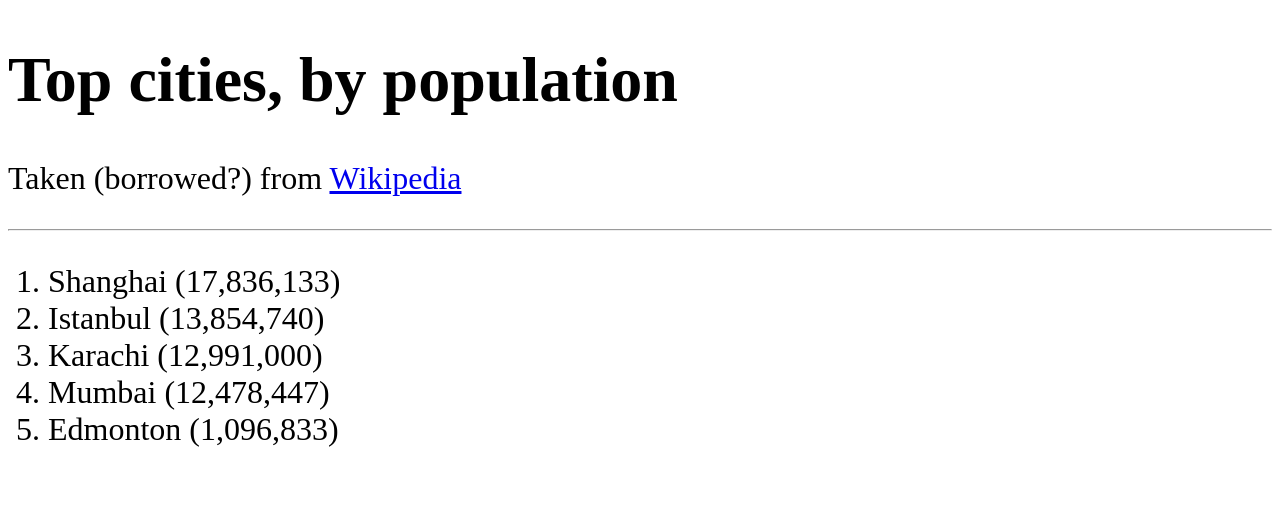
Repository: Sohaib-GO/git-mania
Page: cities.html
These files come from the project's save history. The page is drawn as it stood at one moment and after the next save; the edit follows.
The browser window is 1280 px wide. The pictures show the whole page.

Above is the page before, as saved 2022-12-17 17:01:07.

After the next save:
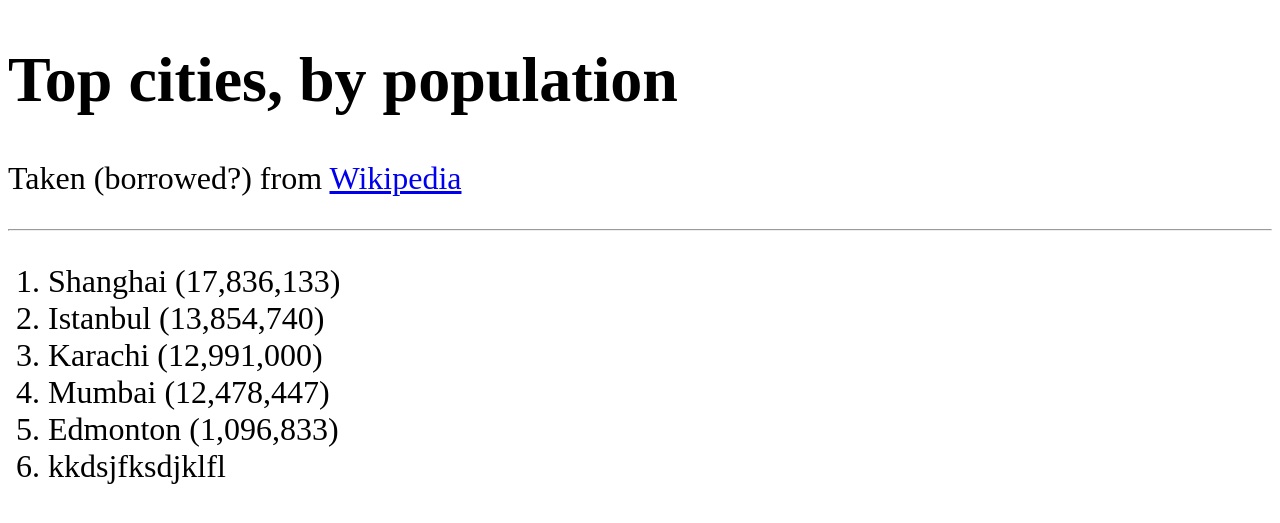
Saved 14 min 8 s later.
--- a/cities.html
+++ b/cities.html
@@ -27,6 +27,7 @@
     <li>Karachi  (12,991,000)</li>
     <li>Mumbai   (12,478,447)</li>
     <li>Edmonton (1,096,833)</li>
+    <li> kkdsjfksdjklfl</li>
   </ol>
 
 </body>
